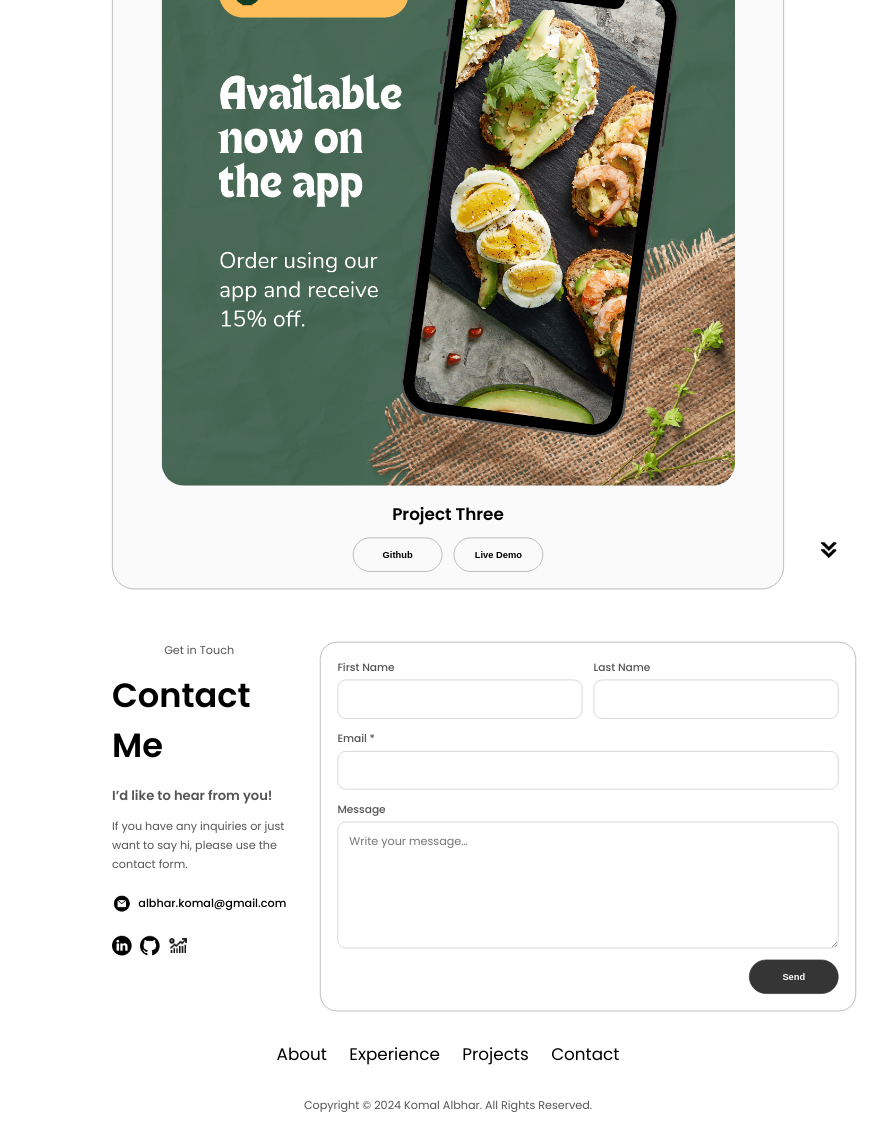
Repository: Komal-A99/komal-albhar
Page: index.html
The author's editor kept a copy of each file at every save. The page is drawn from the files as they stood at one save, then again after the next save.
The browser window is 1280 px wide. The pictures show the part of the page from y = 4017 to 5937 px (the page is 5649 px tall before and 5937 px after), at 70% of full size.

Above is the page before, as saved 2025-08-26 11:14:29.

After the next save:
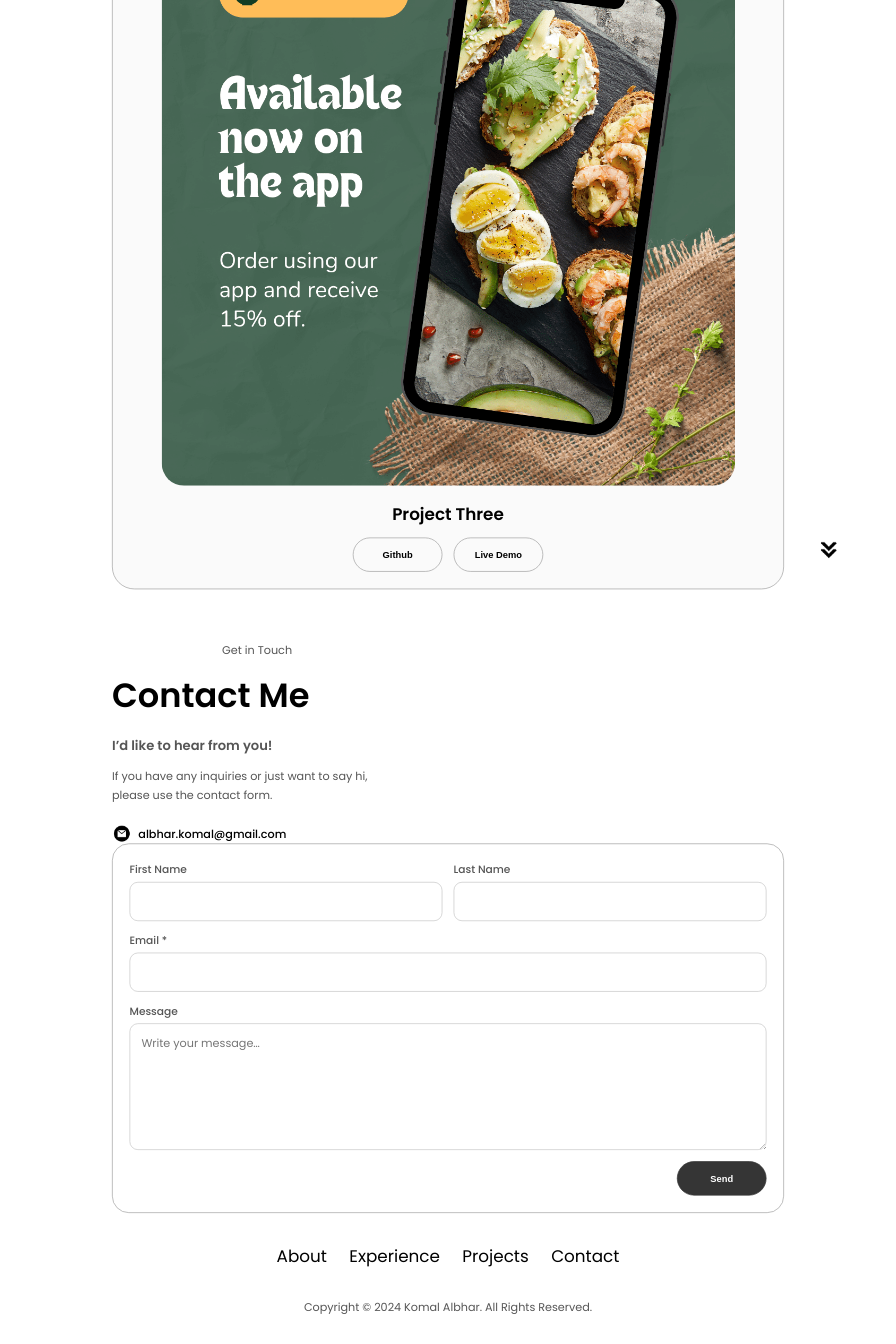
Saved 2 min 25 s later.
--- a/index.html
+++ b/index.html
@@ -302,7 +302,7 @@
             albhar.komal@gmail.com
           </a>
 
-          <div class="contact-socials">
+        <!--  <div class="contact-socials">
             <img
               src="./assets/linkedin.png"
               alt="LinkedIn"
@@ -320,7 +320,7 @@
               alt="Tableau"
               class="icon"
               onclick="location.href='https://public.tableau.com/app/profile/komal.albhar/vizzes'"
-            />
+            /> -->
           </div>
         </div>
 
